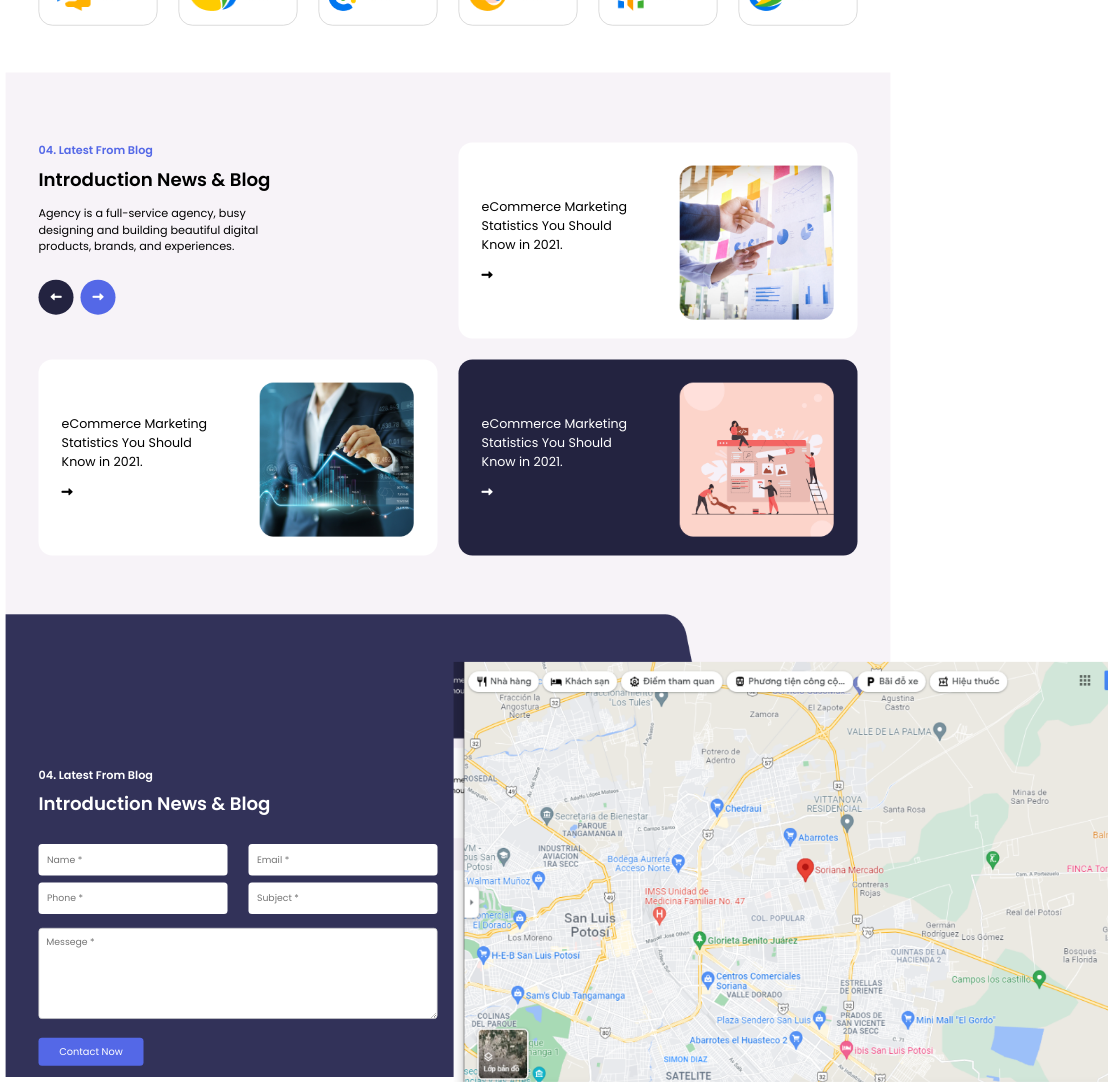
Repository: tranchi0120/LangdingPage-Htmlcss-Ago
Page: index.html
An editor plug-in stored every save of this project. The page is shown before and after the next save, followed by the edit.
The browser window is 1280 px wide. The page is 1583 px wide, so the pictures cover 1583 px, including what lies to the right of the window. The pictures show the part of the page from y = 3392 to 4952 px (the page is 4952 px tall before and 4945 px after), at 70% of full size.
Some web libraries are served in a nearby version. The style sheet was rebuilt from its Sass, Less or Tailwind sources for each picture, by a compiler version that may differ from the author's.

Above is the page before, as saved 2022-07-15 10:17:24.

After the next save:
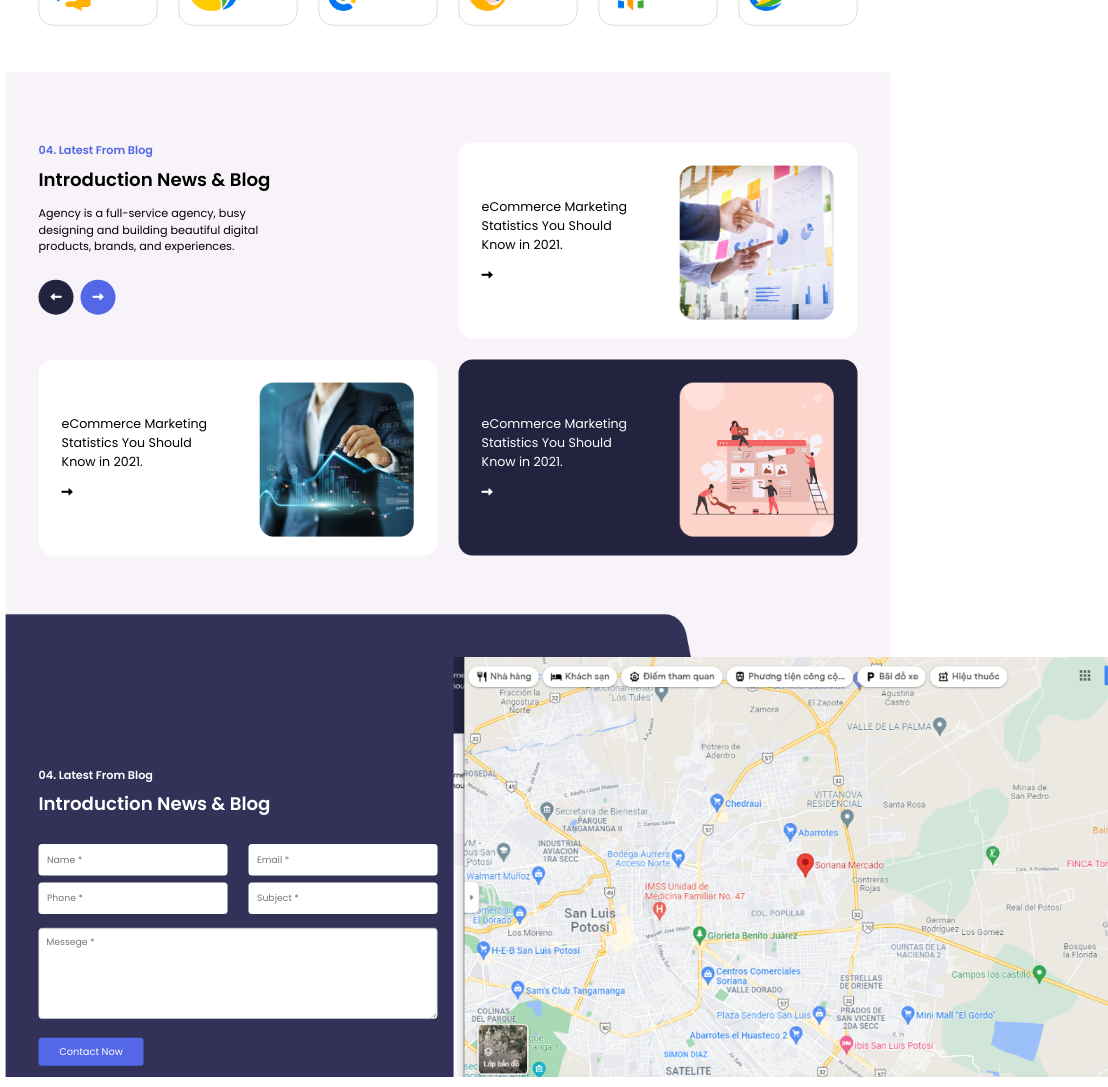
Saved 3 min 1 s later.
--- a/sass/_contact.scss
+++ b/sass/_contact.scss
@@ -50,6 +50,6 @@
     }
 
     &-right {
-        margin-top: -600px;
+        margin-top: -607px;
     }
 }
